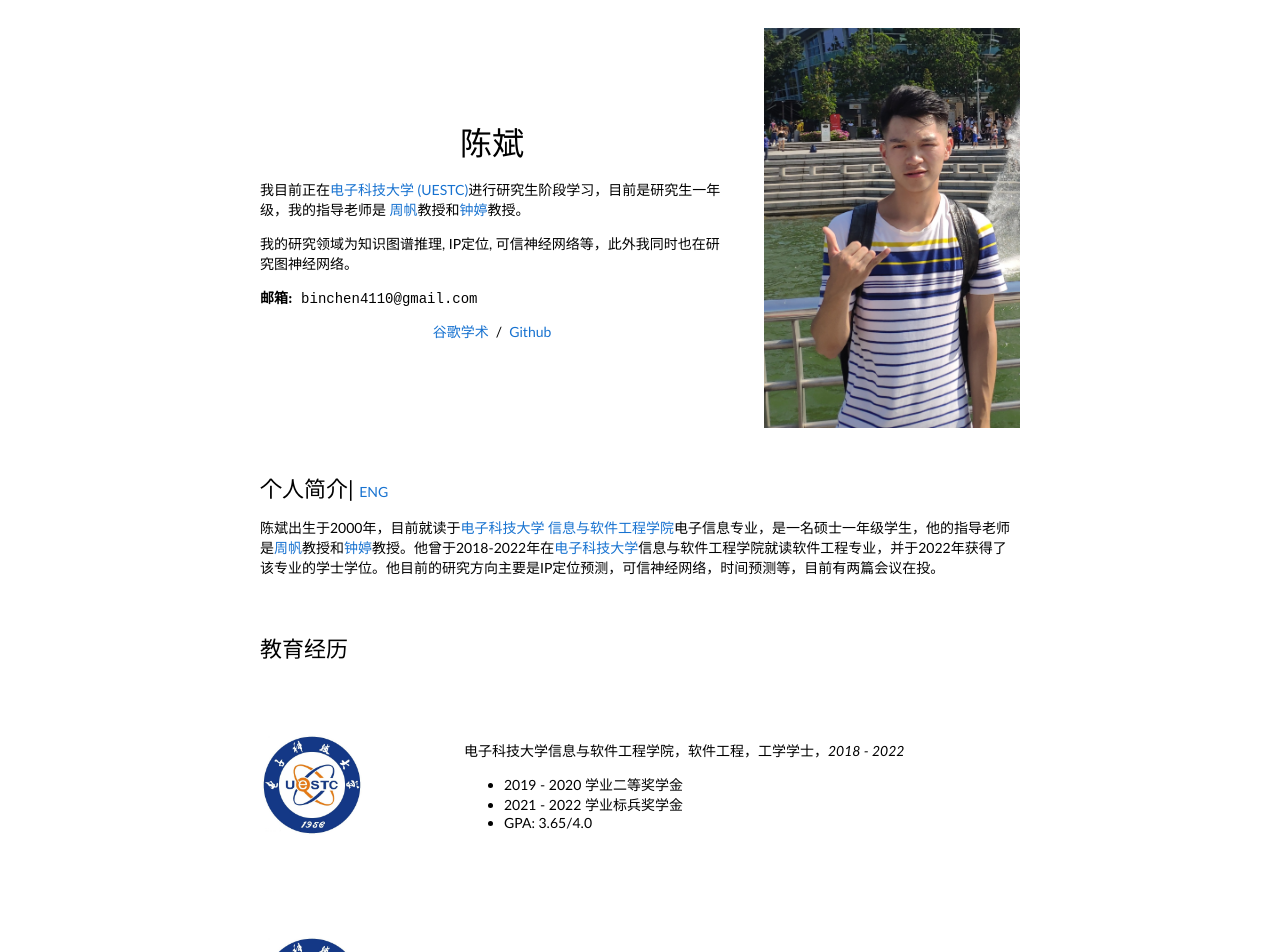
Repository: b1nchen/b1nchen.github.io
Page: index_CHN.html
The author's editor kept a copy of each file at every save. The page is drawn from the files as they stood at one save, then again after the next save.
The browser window is 1280 px wide. The pictures show the part of the page from y = 0 to 952 px (the page is 1950 px tall).
A picture or video elsewhere on the page could not be fetched, so the positions and the page height are approximate.

Above is the page before, as saved 2023-12-31 08:12:54.

### index_CHN.html
<!DOCTYPE HTML>
<html lang="en">

<head>
  <meta http-equiv="Content-Type" content="text/html; charset=UTF-8">

  <title>Bin Chen</title>

  <meta name="author" content="Bin Chen">
  <meta name="viewport" content="width=device-width, initial-scale=1">

  <link rel="stylesheet" type="text/css" href="stylesheet.css">
  <link rel="icon" href="images/uestc_icon.jpeg">
</head>

<body>
  <table
    style="width:100%;max-width:800px;border:0px;border-spacing:0px;border-collapse:separate;margin-right:auto;margin-left:auto;">
    <tbody>
      <tr style="padding:0px">
        <td style="padding:0px">
          <table
            style="width:100%;border:0px;border-spacing:0px;border-collapse:separate;margin-right:auto;margin-left:auto;">
            <tbody>
              <tr style="padding:0px">
                <td style="padding:2.5%;width:63%;vertical-align:middle">
                  <p style="text-align:center">
                    <name>陈斌</name>
                  </p>
                  <p>我目前正在<a href="https://en.uestc.edu.cn/">电子科技大学 (UESTC)</a>进行研究生阶段学习，目前是研究生一年级，我的指导老师是 <a
                      href="https://scholar.google.com/citations?user=Ihj2Rw8AAAAJ">周帆</a>教授和<a
                      href="https://scholar.google.com/citations?user=Mdr0XDkAAAAJ">钟婷</a>教授。
                  </p>
                  <p>
                    我的研究领域为知识图谱推理, IP定位, 可信神经网络等，此外我同时也在研究图神经网络。
                  </p>
                  <p style="font-family: 'Courier New', Courier, monospace;">
                    <b style="font-family: 'Times New Roman', Times, serif;">邮箱:</b> binchen4110@gmail.com
                    <br>
                    <!-- &nbsp &nbsp &nbsp
                    haoyang[dot]yu417[at]outlook.com <br> -->


                  </p>
                  <p style="text-align:center">
                    <!-- <a href="resume/resume_chn.pdf">个人简历</a> &nbsp/&nbsp -->
                    <a>谷歌学术</a>
                    &nbsp/&nbsp
                    <a href="https://github.com/binchen4110/">Github</a>
                  </p>

                </td>
                <td style="padding:2.5%;width:40%;max-width:40%">
                  <a href="images/profile.jpg"><img style="width:100%;max-width:100%" alt="profile photo"
                      src="images/profile.jpg" class="hoverZoomLink"></a>
                </td>
              </tr>
            </tbody>
          </table>

          <table
            style="width:100%;border:0px;border-spacing:0px;border-collapse:separate;margin-right:auto;margin-left:auto;">
            <tbody>
              <tr>
                <td style="padding:20px;width:100%;vertical-align:middle">
                  <heading>个人简介| <a href="index.html">ENG</a>
                  </heading>
                  <p>
                    陈斌出生于2000年，目前就读于<a
                    href="https://www.uestc.edu.cn/">电子科技大学</a>  <a
                    href="https://www.sise.uestc.edu.cn/">信息与软件工程学院</a>电子信息专业，是一名硕士一年级学生，他的指导老师是<a
                      href="https://scholar.google.com/citations?user=Ihj2Rw8AAAAJ">周帆</a>教授和<a
                      href="https://scholar.google.com/citations?user=Mdr0XDkAAAAJ">钟婷</a>教授。他曾于2018-2022年在<a href="https://www.uestc.edu.cn/">电子科技大学</a>信息与软件工程学院就读软件工程专业，并于2022年获得了该专业的学士学位。他目前的研究方向主要是IP定位预测，可信神经网络，时间预测等，目前有两篇会议在投。<br>

                  </p>
                </td>
              </tr>
            </tbody>
          </table>
          <table
            style="width:100%;border:0px;border-spacing:0px;border-collapse:separate;margin-right:auto;margin-left:auto;">
            <tbody>

            </tbody>
          </table>

          <table
            style="width:100%;border:0px;border-spacing:0px;border-collapse:separate;margin-right:auto;margin-left:auto;">
            <tbody>
              <tr>
                <td style="padding:20px;width:100%;vertical-align:middle">
                  <heading>教育经历</heading>
                </td>
              </tr>
            </tbody>
          </table>
          <table width="100%" align="center" border="0" cellpadding="20">
            <tbody>

              <tr>
                <td style="padding:20px;width:25%;vertical-align:middle">
                  <div class="flexbox">
                    <img src='images/uestc_icon.jpeg' width="100px">
                  </div>
                </td>
                <td style="padding:20px;width:75%;vertical-align:middle">
                  <p>电子科技大学信息与软件工程学院，软件工程，工学学士，<em>2018 -  2022 </em></p>
                  <ul>
                    <li>
                      2019 - 2020 学业二等奖学金
                    </li>
                    <li>
                      2021 - 2022 学业标兵奖学金
                    </li>
                    <li>
                      GPA: 3.65/4.0
                    </li>
                  </ul>
                  <p> </p>
                </td>
              </tr>


              <tr>
                <td style="padding:20px;width:25%;vertical-align:middle">
                  <div class="flexbox">
                    <img src='images/uestc_icon.jpeg' width="100px">
                  </div>
                </td>
                <td style="padding:20px;width:75%;vertical-align:middle">
                  <p>电子科技大学信息员软件工程学院，电子信息，硕士研究生，<em>2022 - 至今</em></p>
                  <ul>
                    <li>2022 - 2023 研究生三等学业奖学金</li>
                  </ul>
                </td>
              </tr>


              <!-- <tr>
                <td align="center" style="padding:20px;width:25%;vertical-align:middle">
                  <heading>Basically <br> Blog Posts</heading>
                </td>
                <td width="75%" valign="middle">
                  <a href="https://arxiv.org/abs/2112.11687">Squareplus: A Softplus-Like Algebraic Rectifier</a>
                  <br>
                  <a href="https://arxiv.org/abs/2010.09714">A Convenient Generalization of Schlick's Bias and Gain
                    Functions</a>
                  <br>
                  <a href="https://arxiv.org/abs/1704.07483">Continuously Differentiable Exponential Linear Units</a>
                </td>
              </tr> -->


            </tbody>
          </table>

          <table width="100%" align="center" border="0" cellspacing="0" cellpadding="20">
            <tbody>
              <tr>
                <td>
                  <heading>论文发表</heading>
                </td>
              </tr>
            </tbody>
          </table>
          <table width="100%" align="center" border="0" cellpadding="20">
            <tbody>

              <!-- MDM 2023 -->
                <tr onmouseout="ripgeo_data()" onmouseover="ripgeo_para()">
                  <td style="padding:20px;width:25%;vertical-align:middle">
                    <div class="one">
                      <div class="two" id='data'>
                        <img src='images/ripgeo_perturb_data.png' width="160">


                      </div>
                      <img src="images/ripgeo_perturb_para.png" width="160">
                    </div>
                    <script type="text/javascript">
                      function ripgeo_data() {
                        document.getElementById('data').style.opacity = "0";
                      }

                      function ripgeo_para() {
                        document.getElementById('data').style.opacity = "1";
                      }
                      ripgeo_data()
                    </script>
                  </td>
                  <td style="padding:20px;width:75%;vertical-align:middle">

                    <papertitle>RIPGeo: Robust Street-Level IP Geolocation </papertitle>(Accepted)

                    <br>
                    <a href="https://scholar.google.com/citations?user=YyxocAIAAAAJ">Wenxin Tai</a>,
                    <strong>Bin Chen</strong>,
                    <a href="https://scholar.google.com/citations?user=Mdr0XDkAAAAJ">Ting Zhong</a>,
                    <a>Yong Wang</a>,
                    <a href="https://scholar.google.com/citations?user=tnRV5QYAAAAJ">Kai Chen</a>,
                    <a href="https://scholar.google.com/citations?user=Ihj2Rw8AAAAJ">Fan Zhou</a>

                    <br>
                    <em><b style="color:red">最佳学生论文奖</b></em>
                    <br>
                    <em>MDM</em>, 2023, <em><strong>CCF C</strong></em>
                    <br>

                    <!-- <a href="https://ieeexplore.ieee.org/document/9747900">链接</a>,
                    <a href="https://youtu.be/uT1pEfHbo14">视频</a>,
                    <a href="papers/ICASSP_5513_poster.pdf">海报</a>,
                    <a href="papers/ICASSP_slides.pptx">幻灯片</a>,
                    <a href="papers/ICASSP_2022_FUFI.pdf">下载</a>
                    <p></p>
                    <p>We incorporate evidential learning into IP geolocation to improve the stability of the system.. -->
                    </p>
                  </td>
                </tr>


                <!-- KDD 2023 -->
                <tr onmouseout="FUFI_intro()" onmouseover="FUFI_end()">
                  <td style="padding:20px;width:25%;vertical-align:middle">
                    <div class="one">
                      <div class="two" id='method'>
                        <img src='images/trustgeo_method.png' width="160">


                      </div>
                      <img src="images/trustgeo_model.png" width="160">
                    </div>
                    <script type="text/javascript">
                      function FUFI_intro() {
                        document.getElementById('method').style.opacity = "0";
                      }

                      function FUFI_end() {
                        document.getElementById('method').style.opacity = "1";
                      }
                      FUFI_intro()
                    </script>
                  </td>
                  <td style="padding:20px;width:75%;vertical-align:middle">

                    <papertitle>TrustGeo: Uncertainty-Aware Dynamic Graph Learning for Trustworthy IP Geolocation </papertitle>(Accepted) <em><b style="color:red">Oral</b></em>
                    <br>
                    <a href="https://scholar.google.com/citations?user=YyxocAIAAAAJ">Wenxin Tai</a>,
                    <strong>Bin Chen</strong>,
                    <a href="https://scholar.google.com/citations?user=Ihj2Rw8AAAAJ">Fan Zhou</a>
                    <a href="https://scholar.google.com/citations?user=Mdr0XDkAAAAJ">Ting Zhong</a>,
                    <a href="https://scholar.google.com/citations?user=Avus2kcAAAAJ">Goce Trajcevski</a>,
                    <a>Yong Wang</a>,
                    <a href="https://scholar.google.com/citations?user=tnRV5QYAAAAJ">Kai Chen</a>,

                    <em>KDD</em>, 2023, <em><strong>CCF A</strong></em>
                    <br>
                    <a href="https://drive.google.com/file/d/1PgxtmzdQAYr9Ti3rvHGgnyf05PbP-WwI/view?usp=drive_link">链接</a>
                    <!-- <a href="https://ieeexplore.ieee.org/document/9747900">链接</a>,
                    <a href="https://youtu.be/uT1pEfHbo14">视频</a>,
                    <a href="papers/ICASSP_5513_poster.pdf">海报</a>,
                    <a href="papers/ICASSP_slides.pptx">幻灯片</a>,
                    <a href="papers/ICASSP_2022_FUFI.pdf">下载</a>
                    <p></p>
                    <p>We incorporate evidential learning into IP geolocation to improve the stability of the system.. -->
                    </p>
                  </td>
                </tr>


              </tbody>
          </table>
        </td>
      </tr>
  </table>
  <center>
  <p>
    <font size="2">
      <font size="2">
        <font size="2">&nbsp;<br>自2023年2月来的第
          &nbsp; <a href="https://www.easycounter.com/">
            <img src="https://www.easycounter.com/counter.php?hyson"
            border="0" alt="Web Site Hit Counter"></a> <i>
            <font face="Arial" size="2"></font>
          </i></font>位独立访客
      </font>
    </font>
  </p>


  <!-- <p><script type="text/javascript" id="clustrmaps" src="//clustrmaps.com/map_v2.js?d=zTeQ7rUwgmcb-VHkgGnJarI7gvpzTVAFessGPwxe0HU&cl=ffffff&w=a"></script></p> -->
  <p style="color: #AAAAAA;">© 2023 陈斌 | Powered by <a href="https://pattonyu.github.io/">余昊扬</a> and <a href="https://jonbarron.info/">Jon Barron </a> | 更新时间
      2023-02-28 |
      友情链接: <a href="https://xovee.cn">Xovee Xu</a></p>
  </center>
</body>

</html>

### stylesheet.css
/* latin-ext */
@font-face {
  font-family: 'Lato';
  font-style: italic;
  font-weight: 400;
  src: local('Lato Italic'), local('Lato-Italic'), url(https://fonts.gstatic.com/s/lato/v15/S6u8w4BMUTPHjxsAUi-qNiXg7eU0.woff2) format('woff2');
  unicode-range: U+0100-024F, U+0259, U+1E00-1EFF, U+2020, U+20A0-20AB, U+20AD-20CF, U+2113, U+2C60-2C7F, U+A720-A7FF;
}
/* latin */
@font-face {
  font-family: 'Lato';
  font-style: italic;
  font-weight: 400;
  src: local('Lato Italic'), local('Lato-Italic'), url(https://fonts.gstatic.com/s/lato/v15/S6u8w4BMUTPHjxsAXC-qNiXg7Q.woff2) format('woff2');
  unicode-range: U+0000-00FF, U+0131, U+0152-0153, U+02BB-02BC, U+02C6, U+02DA, U+02DC, U+2000-206F, U+2074, U+20AC, U+2122, U+2191, U+2193, U+2212, U+2215, U+FEFF, U+FFFD;
}
/* latin-ext */
@font-face {
  font-family: 'Lato';
  font-style: italic;
  font-weight: 700;
  src: local('Lato Bold Italic'), local('Lato-BoldItalic'), url(https://fonts.gstatic.com/s/lato/v15/S6u_w4BMUTPHjxsI5wq_FQftx9897sxZ.woff2) format('woff2');
  unicode-range: U+0100-024F, U+0259, U+1E00-1EFF, U+2020, U+20A0-20AB, U+20AD-20CF, U+2113, U+2C60-2C7F, U+A720-A7FF;
}
/* latin */
@font-face {
  font-family: 'Lato';
  font-style: italic;
  font-weight: 700;
  src: local('Lato Bold Italic'), local('Lato-BoldItalic'), url(https://fonts.gstatic.com/s/lato/v15/S6u_w4BMUTPHjxsI5wq_Gwftx9897g.woff2) format('woff2');
  unicode-range: U+0000-00FF, U+0131, U+0152-0153, U+02BB-02BC, U+02C6, U+02DA, U+02DC, U+2000-206F, U+2074, U+20AC, U+2122, U+2191, U+2193, U+2212, U+2215, U+FEFF, U+FFFD;
}
/* latin-ext */
@font-face {
  font-family: 'Lato';
  font-style: normal;
  font-weight: 400;
  src: local('Lato Regular'), local('Lato-Regular'), url(https://fonts.gstatic.com/s/lato/v15/S6uyw4BMUTPHjxAwXiWtFCfQ7A.woff2) format('woff2');
  unicode-range: U+0100-024F, U+0259, U+1E00-1EFF, U+2020, U+20A0-20AB, U+20AD-20CF, U+2113, U+2C60-2C7F, U+A720-A7FF;
}
/* latin */
@font-face {
  font-family: 'Lato';
  font-style: normal;
  font-weight: 400;
  src: local('Lato Regular'), local('Lato-Regular'), url(https://fonts.gstatic.com/s/lato/v15/S6uyw4BMUTPHjx4wXiWtFCc.woff2) format('woff2');
  unicode-range: U+0000-00FF, U+0131, U+0152-0153, U+02BB-02BC, U+02C6, U+02DA, U+02DC, U+2000-206F, U+2074, U+20AC, U+2122, U+2191, U+2193, U+2212, U+2215, U+FEFF, U+FFFD;
}
/* latin-ext */
@font-face {
  font-family: 'Lato';
  font-style: normal;
  font-weight: 700;
  src: local('Lato Bold'), local('Lato-Bold'), url(https://fonts.gstatic.com/s/lato/v15/S6u9w4BMUTPHh6UVSwaPGQ3q5d0N7w.woff2) format('woff2');
  unicode-range: U+0100-024F, U+0259, U+1E00-1EFF, U+2020, U+20A0-20AB, U+20AD-20CF, U+2113, U+2C60-2C7F, U+A720-A7FF;
}
/* latin */
@font-face {
  font-family: 'Lato';
  font-style: normal;
  font-weight: 700;
  src: local('Lato Bold'), local('Lato-Bold'), url(https://fonts.gstatic.com/s/lato/v15/S6u9w4BMUTPHh6UVSwiPGQ3q5d0.woff2) format('woff2');
  unicode-range: U+0000-00FF, U+0131, U+0152-0153, U+02BB-02BC, U+02C6, U+02DA, U+02DC, U+2000-206F, U+2074, U+20AC, U+2122, U+2191, U+2193, U+2212, U+2215, U+FEFF, U+FFFD;
}

a {
  color: #1772d0;
  text-decoration: none;
}

a:focus,
a:hover {
  color: #f09228;
  text-decoration: none;
}

body,
td,
th,
tr,
p,
a {
  font-family: 'Lato', Verdana, Helvetica, sans-serif;
  font-size: 14px
}

strong {
  font-family: 'Lato', Verdana, Helvetica, sans-serif;
  font-size: 14px;
}

heading {
  font-family: 'Lato', Verdana, Helvetica, sans-serif;
  font-size: 22px;
}

papertitle {
  font-family: 'Lato', Verdana, Helvetica, sans-serif;
  font-size: 14px;
  font-weight: 700
}

name {
  font-family: 'Courier New', Courier, monospace;
  font-size: 32px;
}


.flexbox{
  width: 160px;
  height: 160px;
  display: flex;
  align-items: center;
  justify-items: center;
  /* text-align: center; */
}

.flexbox img{
  justify-items: center;
  align-items: center;
  /* text-align: center; */
}


.one {
  width: 160px;
  height: 160px;
  display: flex;
  position: relative;
  align-items: center;
}

.one img{
  width: 160px;
  align-items: center;
}

.two {
  width: 160px;
  height: 160px;
  display: flex;
  position: absolute;
  transition: opacity .2s ease-in-out;
  -moz-transition: opacity .2s ease-in-out;
  -webkit-transition: opacity .2s ease-in-out;
  align-items: center;
}

.two img{
  width: 160px;
  align-items: center;
}

.fade {
  transition: opacity .2s ease-in-out;
  -moz-transition: opacity .2s ease-in-out;
  -webkit-transition: opacity .2s ease-in-out;
}

span.highlight {
  background-color: #ffffd0;
}

After the next save:
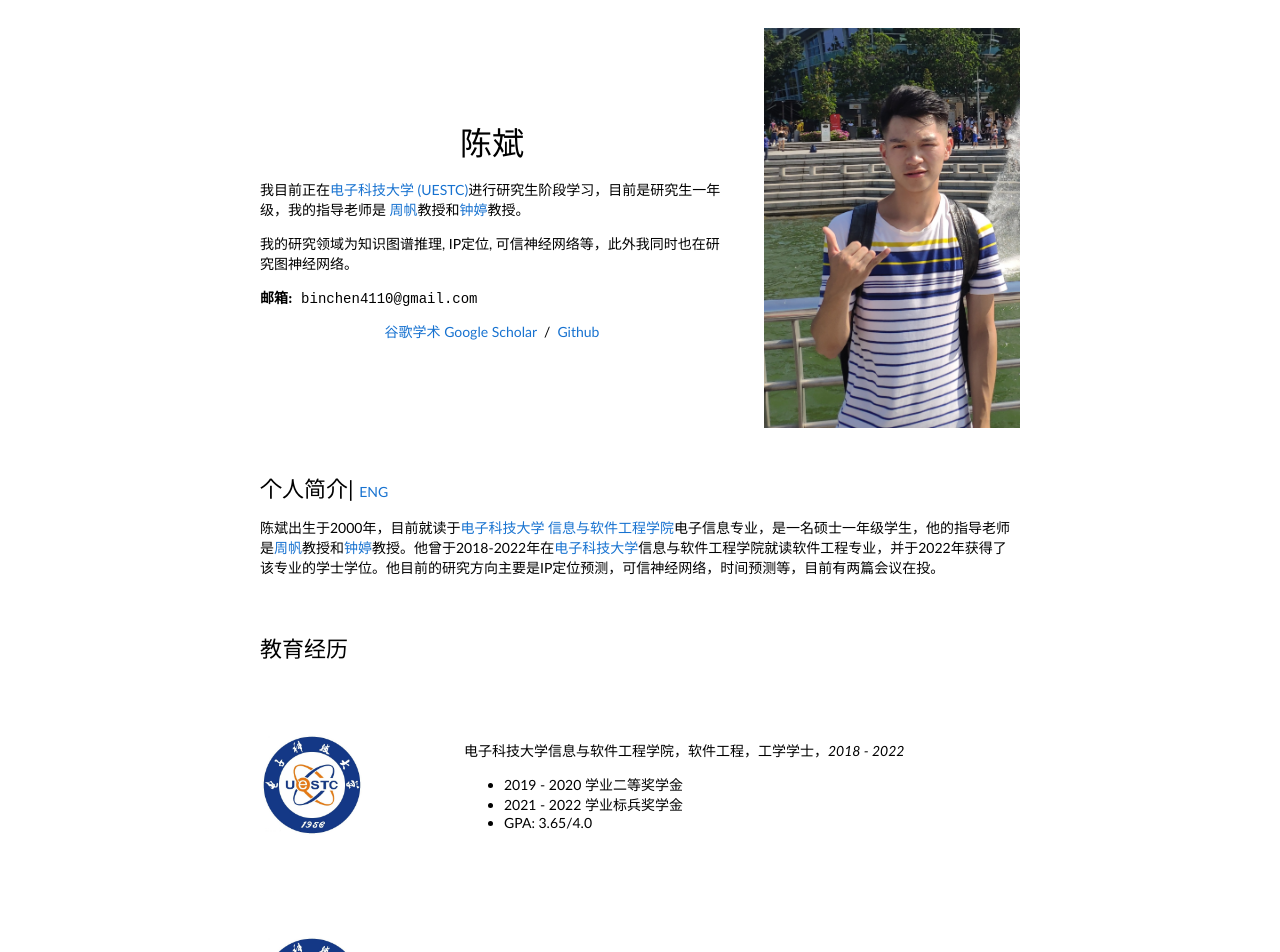
Saved 39 s later.
--- a/index_CHN.html
+++ b/index_CHN.html
@@ -45,6 +45,7 @@
                   <p style="text-align:center">
                     <!-- <a href="resume/resume_chn.pdf">个人简历</a> &nbsp/&nbsp -->
                     <a>谷歌学术</a>
+                    <a href="https://scholar.google.com/citations?user=x3ufhFAAAAAJ/">Google Scholar</a>
                     &nbsp/&nbsp
                     <a href="https://github.com/binchen4110/">Github</a>
                   </p>
